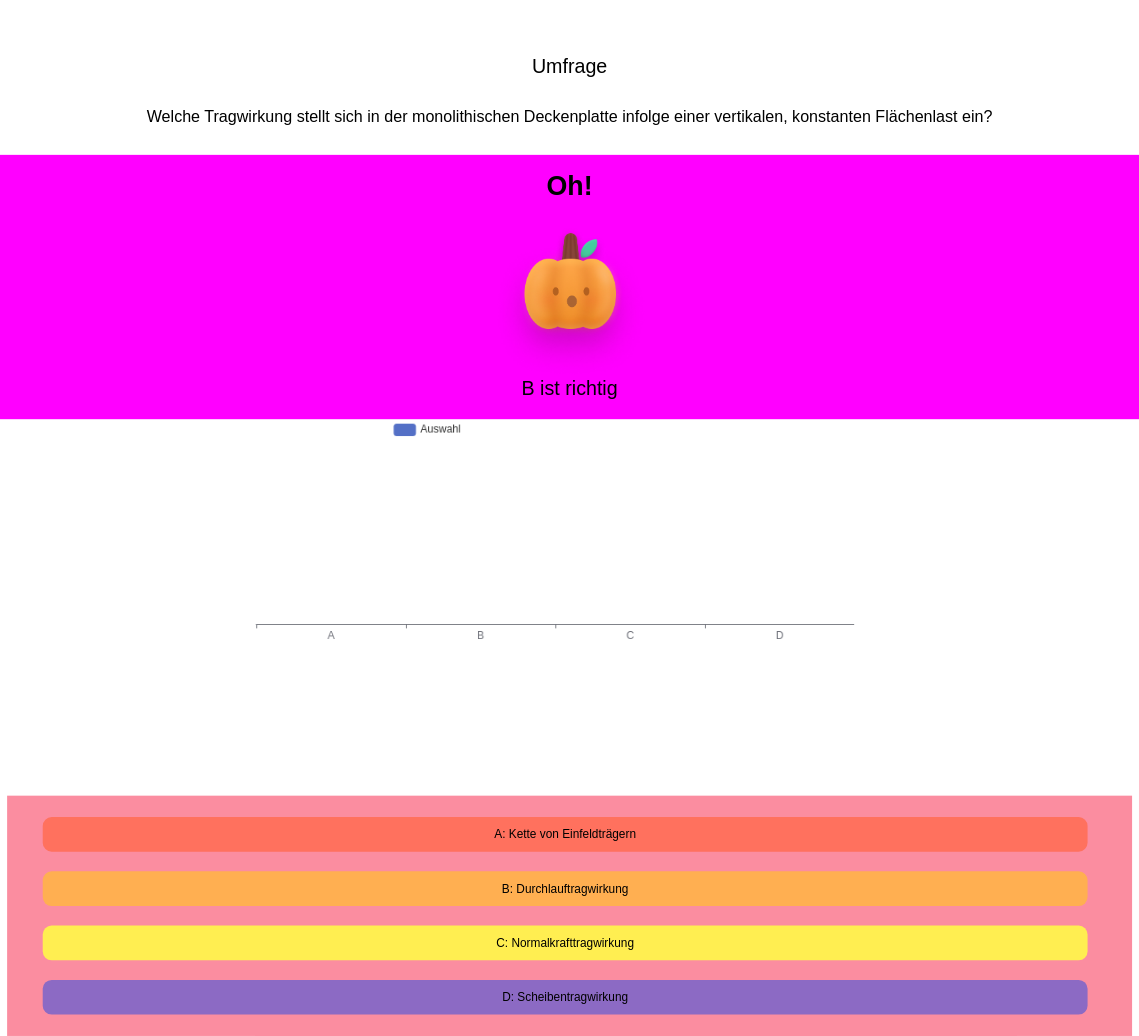
Repository: HyunraDate/Quinlan
Page: /Ergebnis2
The author's editor kept a copy of each file at every save. The page is drawn from the files as they stood at one save, then again after the next save.
The browser window is 1280 px wide. The pictures show the whole page, at 89% of full size.
The page's requests for data from a server got no answer. The project was rebuilt for these pictures with package versions that can differ from the ones it lists, and the page was loaded fresh each time. No one was signed in, and anything a server would have sent is missing. Also part of the build but not shown: vite.config.js, src/views/Ergebnis1.vue, src/views/Erklaerung.vue.

Above is the page before, as saved 2023-08-02 13:20:47.

After the next save:
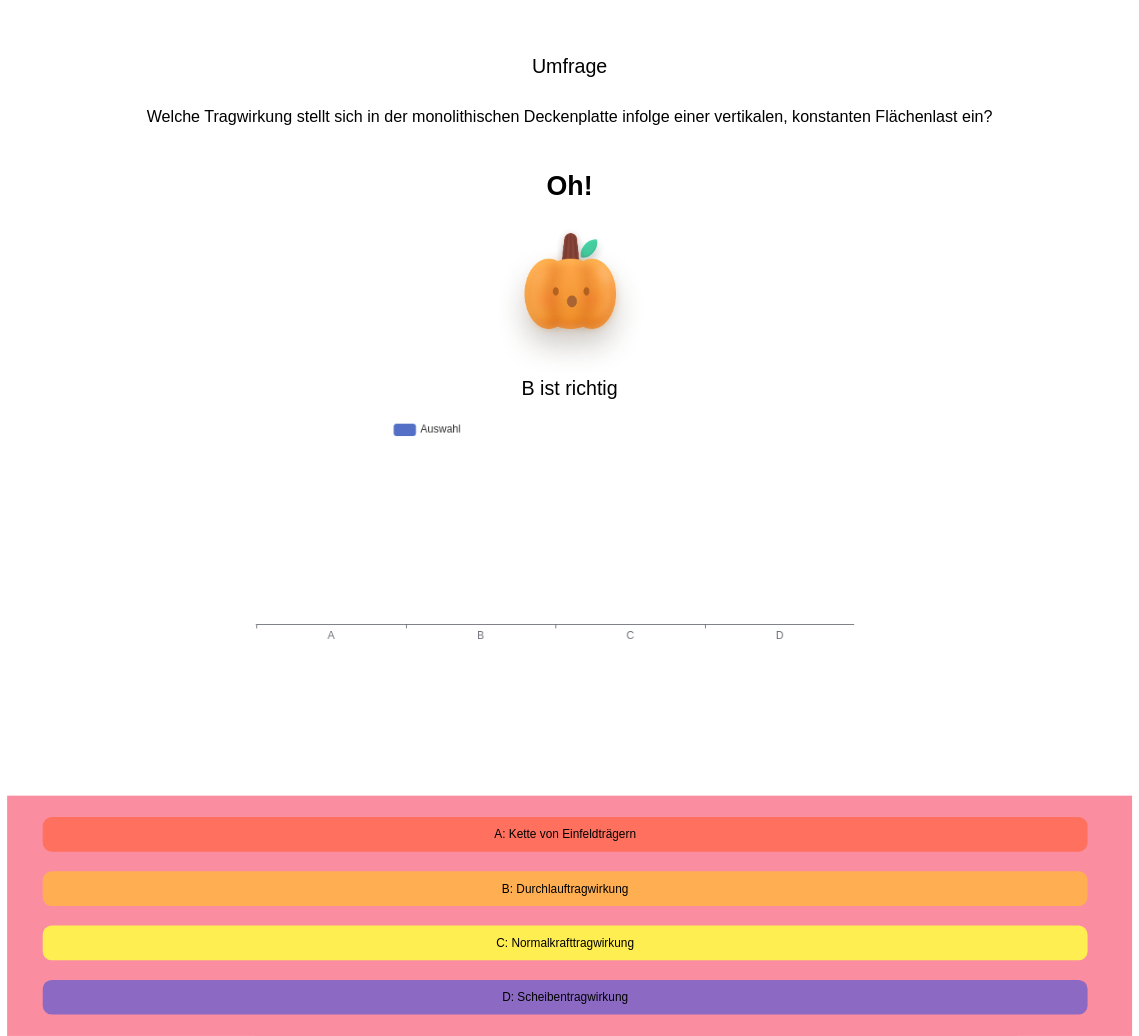
Saved 22 s later.
--- a/src/css/Step3a.css
+++ b/src/css/Step3a.css
@@ -122,7 +122,8 @@ body * {
   padding-bottom: 1.5rem ;
   padding-left: 2rem;
   padding-right: 2rem;
-  background-color: #ff00ff;
+  /* background-color: #ff00ff; */
+  background: #ffffff;
 }
 .text {
   color: #000000;
